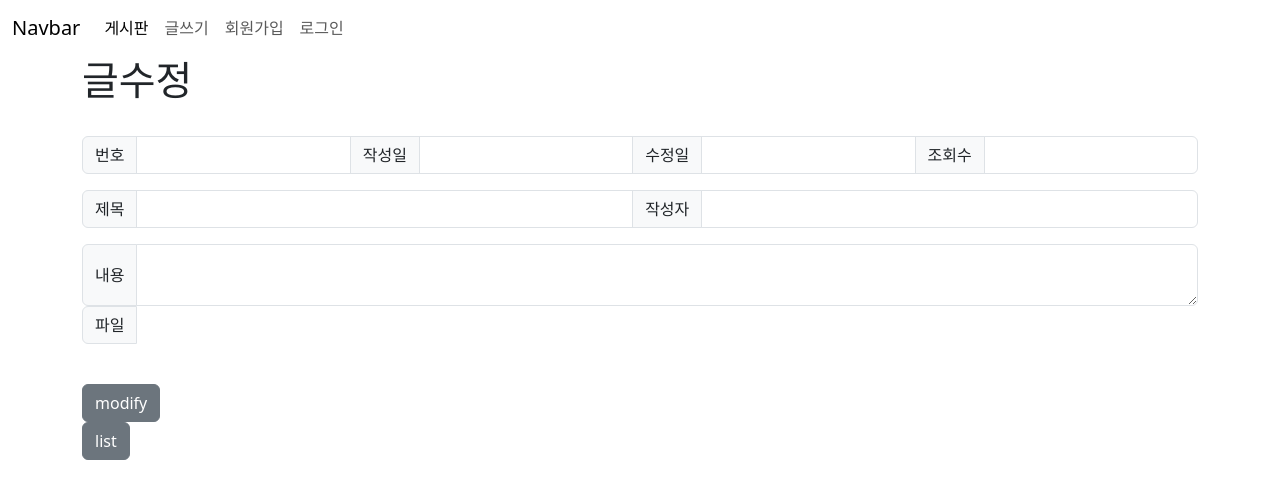
Repository: cmjii/240115SpringProject
Page: http://localhost/spring_test2/WEB-INF/views/board/modify.jsp
An editor plug-in stored every save of this project. The page is shown before and after the next save, followed by the edit.
The browser window is 1280 px wide. The pictures show the whole page.
The page is served by Tomcat 9. Nobody is signed in. Other server files are loaded and not shown. The template is opened directly, without the code that normally fills it, so the values that code supplies are empty.

Above is the page before, as saved 2024-01-11 02:45:37.

### spring_test2/src/main/webapp/WEB-INF/views/board/modify.jsp
<%@ page language="java" contentType="text/html; charset=UTF-8"
    pageEncoding="UTF-8"%>
<%@ taglib uri="http://java.sun.com/jsp/jstl/core" prefix="c" %>
<%@ taglib uri="http://java.sun.com/jsp/jstl/functions" prefix="fn" %>
<jsp:include page="../layout/header.jsp"></jsp:include>

<div class="container-md">
<h1>글수정</h1> <br>
<c:set value = "${bdto.bvo }" var="bvo"></c:set>
<form action="/board/modify" method="post" >
<div class="input-group mb-3">
  <span class="input-group-text" id="basic-addon1">번호</span>
  <input type="text" class="form-control" value="${bvo.bno }" name="bno" readonly="readonly">
  <span class="input-group-text" id="basic-addon1">작성일</span>
  <input type="text" class="form-control"value="${bvo.regAt}"  readonly="readonly">
  <span class="input-group-text" id="basic-addon1">수정일</span>
  <input type="text" class="form-control"value="${bvo.modAt}" name="modAt" readonly="readonly">
  <span class="input-group-text" id="basic-addon1">조회수</span>
  <input type="text" class="form-control" value="${bvo.readCount}" readonly="readonly">
</div>

<div class="input-group mb-3">
  <span class="input-group-text" id="basic-addon1">제목</span>
  <input type="text" class="form-control"  name="title" value="${bvo.title}" >
  <span class="input-group-text" id="basic-addon1">작성자</span>
  <input type="text" class="form-control" name="writer" value="${bvo.writer}" readonly="readonly">
</div>

<div class="input-group">
  <span class="input-group-text">내용</span>
  <textarea class="form-control" name="content">${bvo.content}</textarea>
</div>

<!-- 파일라인 -->
<c:set value="${bdto.flist }" var="flist"></c:set>
<div class="input-group mb-3">
	  <span class="input-group-text" id="basic-addon1">파일</span>
	    <ul class="list-group list-group-flush">
	    	<c:forEach items="${flist }" var="fvo">
	    		<li class="list-group-item">
	    			<c:choose>
	    				<c:when test="${fvo.fileType ==1 }">
	    					<div>
	    						<img alt="" src="/upload/${fvo.saveDir }/${fvo.uuid}_${fvo.fileName}">
	    					</div>
	    				</c:when>
	    				<c:otherwise>
	    					<div>
	    					<!-- 일반 파일 표시할 아이콘 -->
	    						<i class="bi bi-card-heading" style="font-size: 50px;"></i>
	    					</div>
	    				</c:otherwise>
	    			</c:choose>
	    			<div class="ms-2 me-auto">
	    				<div class="fw-bold">${fvo.fileName }</div>
	    				<span class="badge text-bg-secondary">${fvo.fileSize }</span>
	    				<button type="button" data-uuid="${fvo.uuid }" class="btn btn-outline-danger file-x">X</button>
	    			</div>
	    		</li>
	    	</c:forEach>
	    </ul>
</div>




<br>

<button type="submit" class="btn btn-secondary" id="regBtn">modify</button>
</form>
<a href="/board/list"><button type="button" class="btn btn-secondary" id="regBtn">list</button></a>
</div>

<script src="/resources/js/boardModify.js" ></script>

### spring_test2/src/main/webapp/WEB-INF/views/layout/header.jsp
<%@ page language="java" contentType="text/html; charset=UTF-8"
    pageEncoding="UTF-8"%>
    <%@ taglib uri="http://java.sun.com/jsp/jstl/core" prefix="c" %>
<!DOCTYPE html>
<html>
<head>
<meta charset="UTF-8">
<title>Insert title here</title>
<link rel="stylesheet" href="https://cdn.jsdelivr.net/npm/bootstrap-icons@1.10.5/font/bootstrap-icons.css">
<link href="https://cdn.jsdelivr.net/npm/bootstrap@5.3.1/dist/css/bootstrap.min.css" rel="stylesheet" integrity="sha384-4bw+/aepP/YC94hEpVNVgiZdgIC5+VKNBQNGCHeKRQN+PtmoHDEXuppvnDJzQIu9" crossorigin="anonymous">
<script src="https://cdn.jsdelivr.net/npm/@popperjs/core@2.11.8/dist/umd/popper.min.js" integrity="sha384-I7E8VVD/ismYTF4hNIPjVp/Zjvgyol6VFvRkX/vR+Vc4jQkC+hVqc2pM8ODewa9r" crossorigin="anonymous"></script>
<script src="https://cdn.jsdelivr.net/npm/bootstrap@5.3.1/dist/js/bootstrap.min.js" integrity="sha384-Rx+T1VzGupg4BHQYs2gCW9It+akI2MM/mndMCy36UVfodzcJcF0GGLxZIzObiEfa" crossorigin="anonymous"></script>
</head>
<body>
<nav class="navbar navbar-expand-lg bg-body-tertiar">
  <div class="container-fluid">
    <a class="navbar-brand" href="#">Navbar</a>
    <button class="navbar-toggler" type="button" data-bs-toggle="collapse" data-bs-target="#navbarTogglerDemo02" aria-controls="navbarTogglerDemo02" aria-expanded="false" aria-label="Toggle navigation">
      <span class="navbar-toggler-icon"></span>
    </button>
    <div class="collapse navbar-collapse" id="navbarTogglerDemo02">
      <ul class="justify-content-center navbar-nav me-auto mb-2 mb-lg-0">
        <li class="nav-item ">
          <a class="nav-link active" aria-current="page" href="/board/list">게시판</a>
        </li>
        <li class="nav-item">
          <a class="nav-link" href="/board/register">글쓰기</a> <!-- 컨트롤러 경로로 가는거임 -->
        </li>
        <li class="nav-item">
          <a class="nav-link" href="#">회원가입</a>
        </li>
        <c:if test="${ses.id ne null }">
        <li class="nav-item">
          <a class="nav-link" href="#">로그아웃</a>
        </li>
        </c:if>
        <c:if test="${ses.id ne null }">
        <li class="nav-item">
          <a class="nav-link" href="#">${ses.id }( ${ses.email }) welcome!</a> <!-- 내 정보 수정 -->
        </li>
        </c:if>
        <c:if test="${ses.id eq null }">
        <li class="nav-item">
          <a class="nav-link" href="#">로그인</a>
        </li>
        </c:if>
      </ul>
    </div>
  </div>
</nav>

</html>

### spring_test2/src/main/webapp/resources/js/boardModify.js
console.log("in");

document.addEventListener('click',(e)=>{
    if(e.target.classList.contains('file-x')){
        let uuid = e.target.dataset.uuid;
        console.log(uuid);
        removeFileToserver(uuid).then(result =>{
            if(result ==="1"){
                alert("파일 삭제 성공");
                e.target.closest('li').remove();
            }
        })
    }
})

async function removeFileToserver(uuid){
    try {
        const url = "/board/file/"+uuid
        const config={
            method:"delete"
        }
        const resp = await fetch(url,config);
        const result = resp.text();
        return result;
    } catch (error) {
        console.log(error);
    }
}

After the next save:
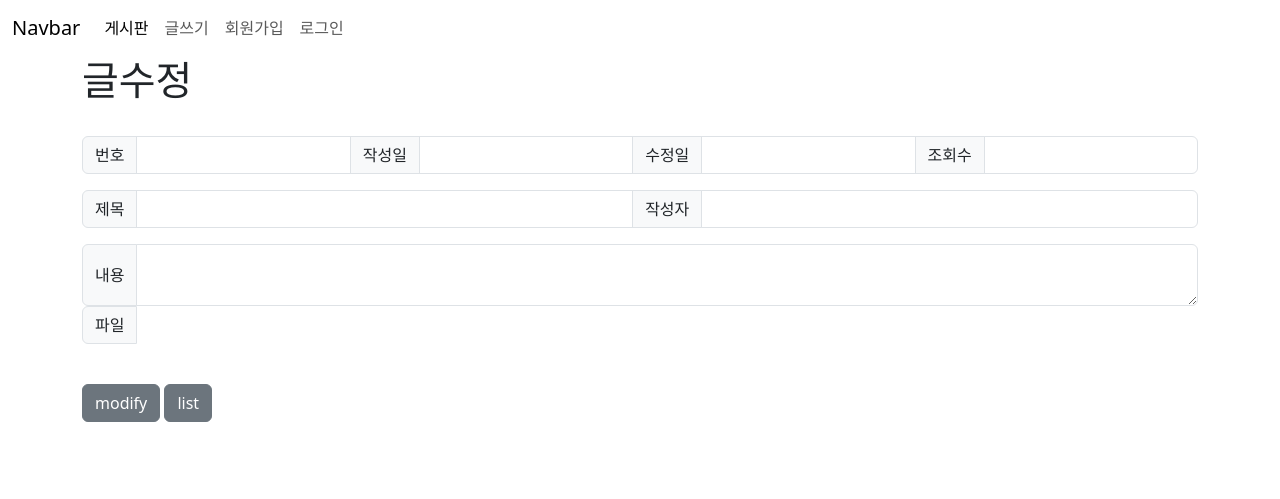
Saved 18 s later.
--- a/spring_test2/src/main/webapp/WEB-INF/views/board/modify.jsp
+++ b/spring_test2/src/main/webapp/WEB-INF/views/board/modify.jsp
@@ -67,8 +67,8 @@
 <br>
 
 <button type="submit" class="btn btn-secondary" id="regBtn">modify</button>
+<a href="/board/list"><button type="button" class="btn btn-secondary" id="regBtn">list</button></a>
 </form>
-<a href="/board/list"><button type="button" class="btn btn-secondary" id="regBtn">list</button></a>
 </div>
 
 <script src="/resources/js/boardModify.js" ></script>
